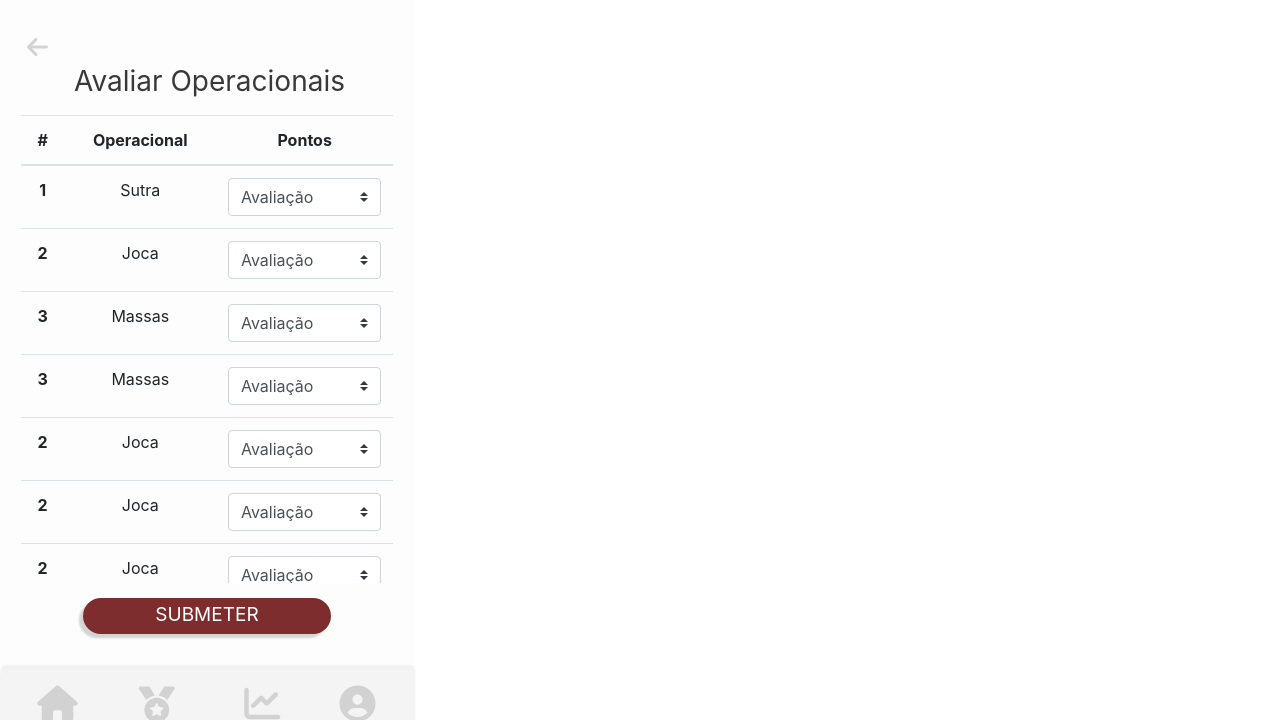
Repository: grupodetrabalhoeficiente/D213
Page: D213/Frontend/AvaliarOperacionais.html
The author's editor kept a record of every edit. The page is drawn from the files as they stood at one moment, then again after the next edit.
The browser window is 1280 px wide. The pictures show the whole page.
The pointer rests on the first visible `.menubar i`.
Some web libraries are served in a nearby version.

Above is the page before.

### D213/Frontend/AvaliarOperacionais.html
<!DOCTYPE html>
<html>

<head>
    <meta charset="utf-8">
    <meta name="viewport" content="width=device-width, initial-scale=1, maximum-scale=1, user-scalable=no">
    <link href="https://fonts.googleapis.com/css?family=Inter&display=swap" rel="stylesheet" />
    <link href="https://fonts.googleapis.com/css?family=Roboto&display=swap" rel="stylesheet" />
    <link href="./AvaliarOperacionais.css" rel="stylesheet" />
    <link rel="stylesheet" href="https://cdn.jsdelivr.net/npm/bootstrap@4.5.3/dist/css/bootstrap.min.css" integrity="sha384-TX8t27EcRE3e/ihU7zmQxVncDAy5uIKz4rEkgIXeMed4M0jlfIDPvg6uqKI2xXr2" crossorigin="anonymous">
    <script src="https://kit.fontawesome.com/e195162fd2.js" crossorigin="anonymous"></script>
    <title>Secure4All</title>
</head>
<div class="screen">
    <!--navbar-->

        <span class="title">Avaliar Operacionais</span>

     <a><i id="goBack"class="fas fa-arrow-left fa-2x"></i></a>

    <div class="AvaliarDiv">
        <form id="formAvaliar">        <!--                        Atenção ao form!!!!!               -->
        <table id="table" class="table">
            <thead>
                <tr>
                    <th scope="col">#</th>
                    <th scope="col">Operacional</th>
                    <th scope="col">Pontos</th>
                </tr>
            </thead>
            <tbody>
                <tr>
                    <th scope="row">1</th>
                    <td>Sutra</td>

    <td>
    <select class="custom-select" id="inputGroupSelect01">
    <option selected>Avaliação</option>
    <option value="1">1</option>
    <option value="2">2</option>
    <option value="3">3</option>
    <option value="4">4</option>
    <option value="5">5</option>
  </select>
</td>
</tr>
<tr>
    <th scope="row">2</th>
    <td>Joca</td>
    <td>
    <select class="custom-select" id="inputGroupSelect01">
    <option selected>Avaliação</option>
    <option value="1">1</option>
    <option value="2">2</option>
    <option value="3">3</option>
    <option value="4">4</option>
    <option value="5">5</option>
  </select>
    </td>
</tr>
<tr>
    <th scope="row">3</th>
    <td>Massas</td>
    <td>
    <select class="custom-select" id="inputGroupSelect01">
    <option selected>Avaliação</option>
    <option value="1">1</option>
    <option value="2">2</option>
    <option value="3">3</option>
    <option value="4">4</option>
    <option value="5">5</option>
  </select>
</td>
</tr>

<tr>
    <th scope="row">3</th>
    <td>Massas</td>
    <td>
    <select class="custom-select" id="inputGroupSelect01">
    <option selected>Avaliação</option>
    <option value="1">1</option>
    <option value="2">2</option>
    <option value="3">3</option>
    <option value="4">4</option>
    <option value="5">5</option>
  </select>
</td>
</tr>
<tr>
    <th scope="row">2</th>
    <td>Joca</td>
    <td>
    <select class="custom-select" id="inputGroupSelect01">
    <option selected>Avaliação</option>
    <option value="1">1</option>
    <option value="2">2</option>
    <option value="3">3</option>
    <option value="4">4</option>
    <option value="5">5</option>
  </select>
    </td>
</tr>
<tr>
    <th scope="row">2</th>
    <td>Joca</td>
    <td>
    <select class="custom-select" id="inputGroupSelect01">
    <option selected>Avaliação</option>
    <option value="1">1</option>
    <option value="2">2</option>
    <option value="3">3</option>
    <option value="4">4</option>
    <option value="5">5</option>
  </select>
    </td>
</tr>
<tr>
    <th scope="row">2</th>
    <td>Joca</td>
    <td>
    <select class="custom-select" id="inputGroupSelect01">
    <option selected>Avaliação</option>
    <option value="1">1</option>
    <option value="2">2</option>
    <option value="3">3</option>
    <option value="4">4</option>
    <option value="5">5</option>
  </select>
    </td>
</tr>
<tr>
    <th scope="row">2</th>
    <td>Joca</td>
    <td>
    <select class="custom-select" id="inputGroupSelect01">
    <option selected>Avaliação</option>
    <option value="1">1</option>
    <option value="2">2</option>
    <option value="3">3</option>
    <option value="4">4</option>
    <option value="5">5</option>
  </select>
    </td>
</tr>
<tr>
    <th scope="row">2</th>
    <td>Joca</td>
    <td>
    <select class="custom-select" id="inputGroupSelect01">
    <option selected>Avaliação</option>
    <option value="1">1</option>
    <option value="2">2</option>
    <option value="3">3</option>
    <option value="4">4</option>
    <option value="5">5</option>
  </select>
    </td>
</tr>
</tbody>
</table>
</form>                 <!--                        Atenção ao form!!!!!               -->
</div>
<input id="submit" type ="button" class="SubmeterClass" id="SubmeterId" value="SUBMETER"></input>

<!--menubar-->

<nav class="menubar fixed-bottom">
    <ul class="nav navbar-nav">
        <li><a href="MenuPrincipal.html"><i class="fa fa-home fa-3x" id:"home"></i></a></li>
        <li><a href="Ranks.html"><i class="fas fa-medal fa-3x" id:"medal"></i></a></li>
        <li><a href="HistoricoOcorrencias.html"><i class="fas fa-chart-line fa-3x" id:"chart"></i></a></li>
        <li><a href="PerfilUpdate.html"><i class="fas fa-user-circle fa-3x" id:"profile"></i></a></li>
    </ul>
</nav>
</div>
<script src="https://code.jquery.com/jquery-3.5.1.slim.min.js" integrity="sha384-DfXdz2htPH0lsSSs5nCTpuj/zy4C+OGpamoFVy38MVBnE+IbbVYUew+OrCXaRkfj" crossorigin="anonymous"></script>
    <script src="https://cdn.jsdelivr.net/npm/bootstrap@4.5.3/dist/js/bootstrap.bundle.min.js" integrity="sha384-ho+j7jyWK8fNQe+A12Hb8AhRq26LrZ/JpcUGGOn+Y7RsweNrtN/tE3MoK7ZeZDyx" crossorigin="anonymous"></script>
    <script type="text/javascript" src="./fetch/occurrence_evaluation.controller.js"></script>
</body>

</html>

### D213/Frontend/AvaliarOperacionais.css
.screen {
  width:100%;
  height:100%;
  max-width: 414px;
  max-height: 736px;
  background:rgb(253 253 253);
  opacity: 1;
  position: absolute;
  overflow: hidden;
  z-index:-1;
}
.navbar{
  width: 100%;
  max-width:414px;
  background-color: rgba(255,255,255,1);
 z-index: 2!important;
  text-align:center;
  overflow: hidden;
  height: 5%;

}
.title {
        position: absolute;
    color: rgb(58 57 57);
    width: 100%;
    top: 60px;
    left: 74px;
    font-size: 28px;
    font-family: INHERIT;
}
#formAvaliar{
}
.AvaliarDiv{
         position: relative;
    width: 90%;
    height: 65%;
    top: 16%;
    display: block;
    margin-left: auto;
    margin-right: auto;
    text-align: center;
    overflow: auto;
}
/* botao confirmar*/
.SubmeterClass{
    height: 5%;
    width: 60%;
    border-top-left-radius: 32px;
    border-top-right-radius: 32px;
    border-bottom-left-radius: 32px;
    border-bottom-right-radius: 32px;
    position: absolute;
    background-color: #7d2d2d;
    color: white;
    font-size: 19px;
    border: none;
    top: 83%;
    left: 20%;
    box-shadow: -4px 4px 2px rgb(171 171 171 / 50%);
}

.menubar {
    width: 100%;
    height: 100%;
    max-height: 67px;
    max-width: 414px;
    background-color: rgba(255, 255, 255, 1);
    z-index: 1;
    float: center;
    overflow: hidden;
    display: block;
    font-size: 12px;
}

.fa-home {
    opacity: 1;
    position: absolute;
    top: 16px!important;
    left: 9%;
    z-index: 2;
    color: #d2d2d2;
}

.fa-medal {
    opacity: 1;
    position: absolute;
    left: 33.5%;
    z-index: 2;
    top: 17px!important;
    color: #d2d2d2;
}

.fa-chart-line {
    opacity: 1;
    position: absolute;
    left: 59%;
    z-index: 2;
    top: 16px!important;
    color: #d2d2d2;
}

.fa-user-circle {
    opacity: 1;
    position: absolute;
    left: 82%;
    z-index: 2;
    top: 16px!important;
    color: #d2d2d2;
}

#goBack {
     position: absolute;
top: 35px;
    left: 27px;
    font-size: 24px;
    color: lightgray;
}

.fixed-bottom {
    position: fixed;
    background-color: #ececec82;
    top: 670px;
    left: 1px;
    width: 461px;
    box-shadow: 1px -5px 2px rgb(222 221 221 / 34%);
    border-top-left-radius: 5px;
    border-top-right-radius: 5px;
    border-bottom-left-radius: 5px;
    border-bottom-right-radius: 5px;
}

Loaded but not shown: D213/Frontend/fetch/occurrence_evaluation.controller.js (no copy from this time; the picture is the same without it)

After the next edit:
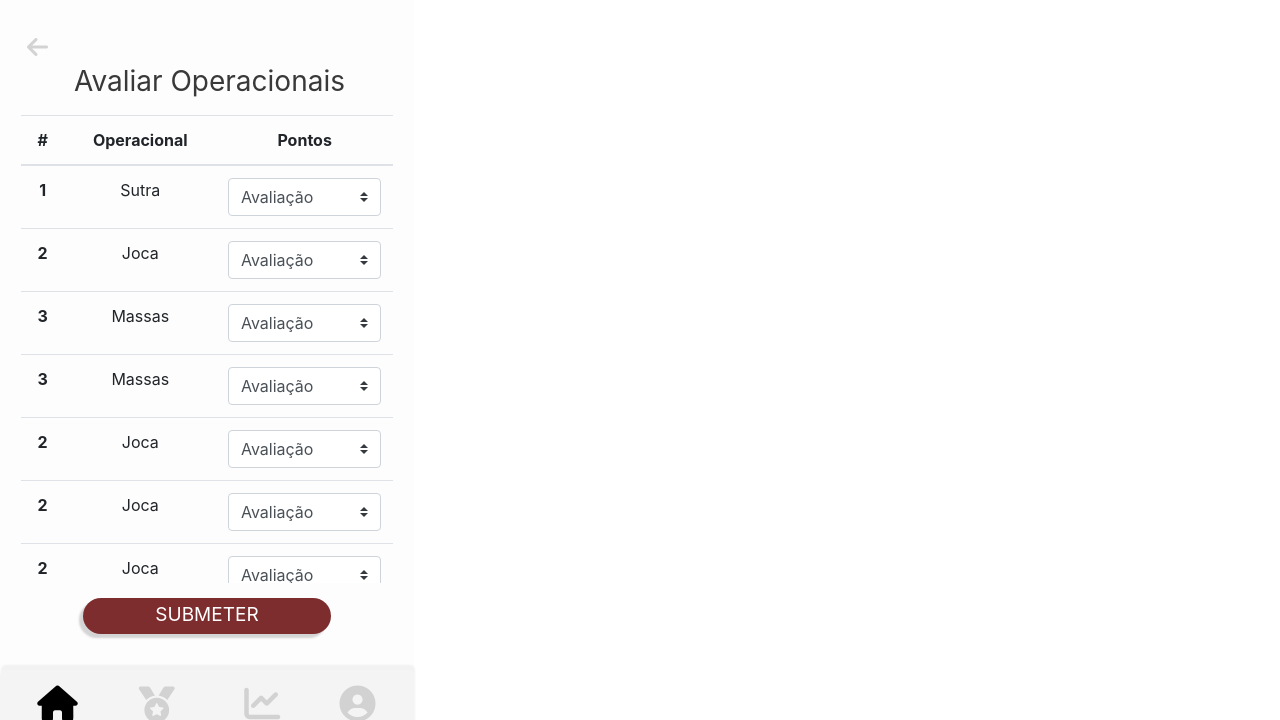
The edit:
--- a/D213/Frontend/AvaliarOperacionais.css
+++ b/D213/Frontend/AvaliarOperacionais.css
@@ -58,7 +58,9 @@
     left: 20%;
     box-shadow: -4px 4px 2px rgb(171 171 171 / 50%);
 }
-
+.menubar i:hover {
+  color: #000000;           /*rgba(171,4,4,1);*/
+}
 .menubar {
     width: 100%;
     height: 100%;
